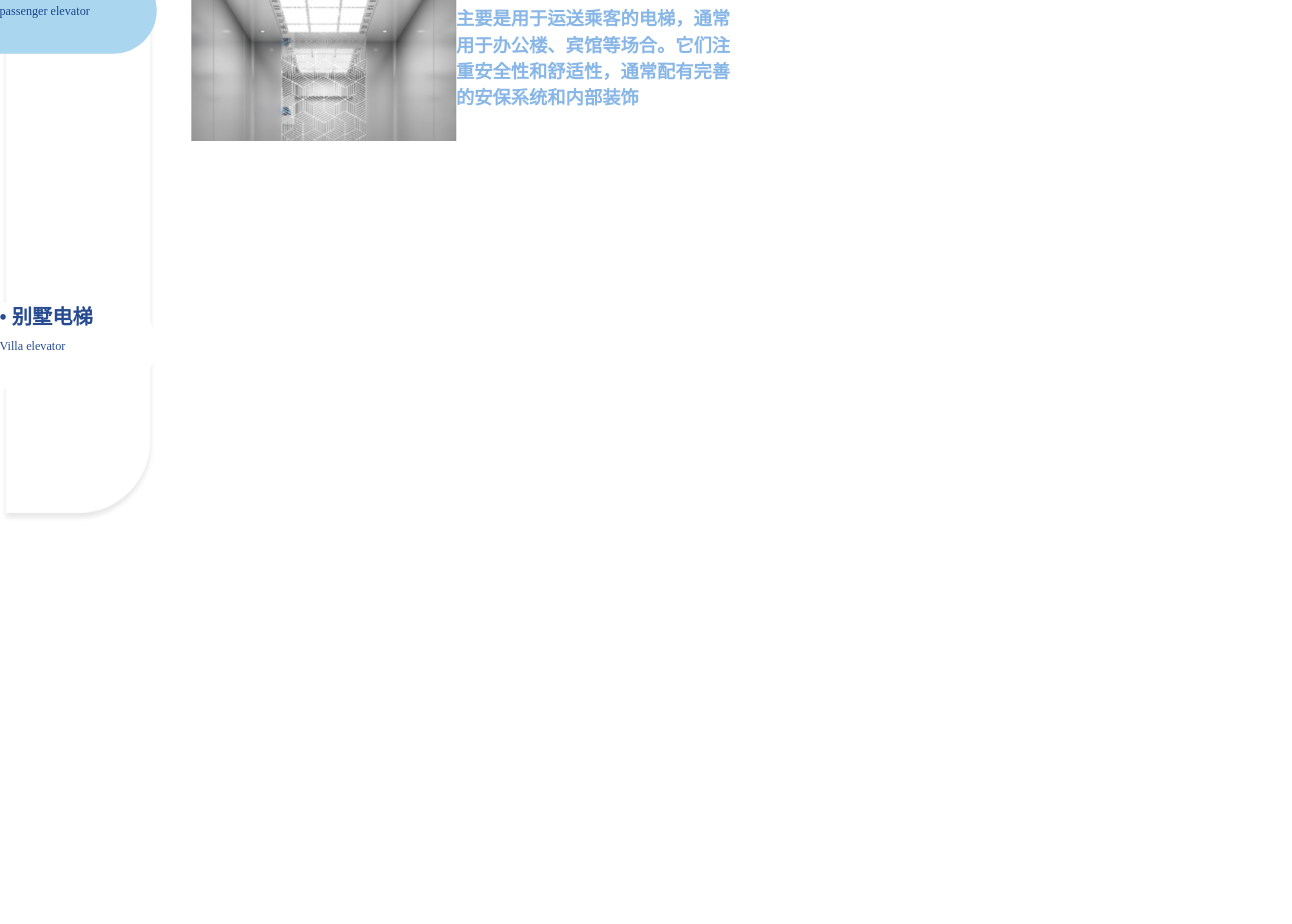
Repository: XIE-code/elevator-ipad
Page: /
These files come from the project's save history. The page is drawn as it stood at one moment and after a run of saves; the edit follows.
The browser window is 1280 px wide. The page is 1845 px wide, so the pictures cover 1845 px, including what lies to the right of the window. The pictures show the part of the page from y = 329 to 1649 px (the page is 1845 px tall), at 70% of full size.
The project was rebuilt for these pictures with package versions that can differ from the ones it lists, and the page was loaded fresh each time. Also part of the build but not shown: vue.config.js.

Above is the page before, as saved 2025-03-26 11:26:23.

After the next 3 saves:
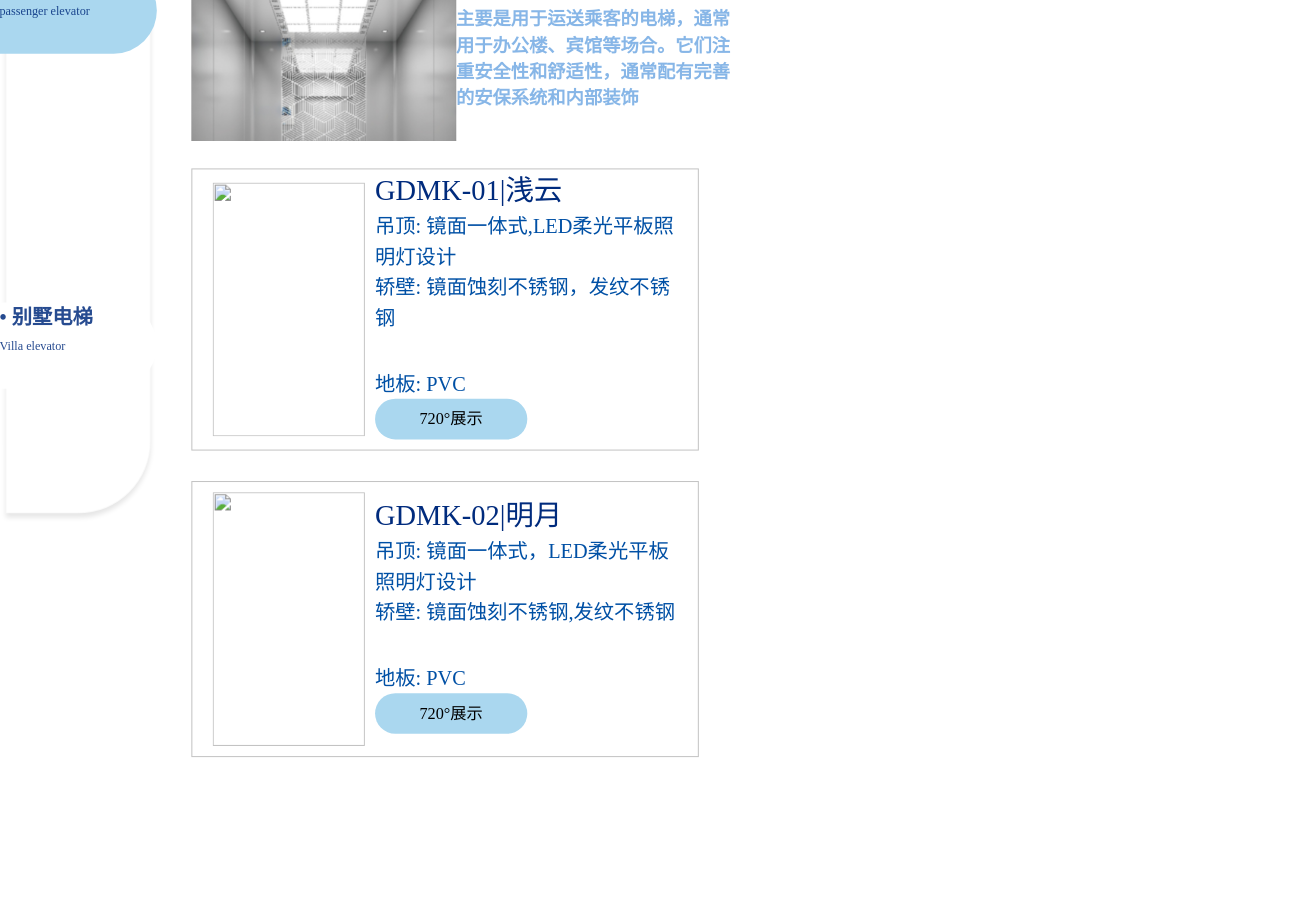
Not found: @/assets/images/elevator_images/image01.png
Not found: @/assets/images/elevator_images/image02.jpg
The 3 saves are shown as one change because 1 did not build or start and some came seconds apart.
The last was saved 33 s later.
--- a/src/views/product/ProductView.vue
+++ b/src/views/product/ProductView.vue
@@ -95,7 +95,45 @@
     </div>
 </template>
 
-<script setup></script>
+<script setup>
+import { ref } from "vue";
+import { useRouter } from "vue-router";
+
+const router = useRouter();
+
+// 定义电梯产品数据
+const elevatorProducts = ref([
+    {
+        name: "GDMK-01|浅云",
+        details: [
+            "吊顶: 镜面一体式,LED柔光平板照明灯设计",
+            "轿壁: 镜面蚀刻不锈钢，发纹不锈钢",
+        ],
+        floor: "地板: PVC",
+        image: "@/assets/images/elevator_images/image01.png",
+        link: "http://my.3vfang.com/p/share/content.php?m=a3I4MDM5LWl0ZW09NTE2OTI=",
+    },
+    {
+        name: "GDMK-02|明月",
+        details: [
+            "吊顶: 镜面一体式，LED柔光平板照明灯设计",
+            "轿壁: 镜面蚀刻不锈钢,发纹不锈钢",
+        ],
+        floor: "地板: PVC",
+        image: "@/assets/images/elevator_images/image02.jpg",
+        link: "http://my.3vfang.com/p/share/content.php?m=a3I4MDM5LWl0ZW09NTE2OTM=",
+    },
+    // 其他电梯产品数据...
+]);
+
+const gotoVilla = () => {
+    router.push("/product/Villa");
+};
+
+const gotPassenger = () => {
+    router.push("/");
+};
+</script>
 
 <style scoped>
 /* 基础样式 */

After the 4 saves that followed:
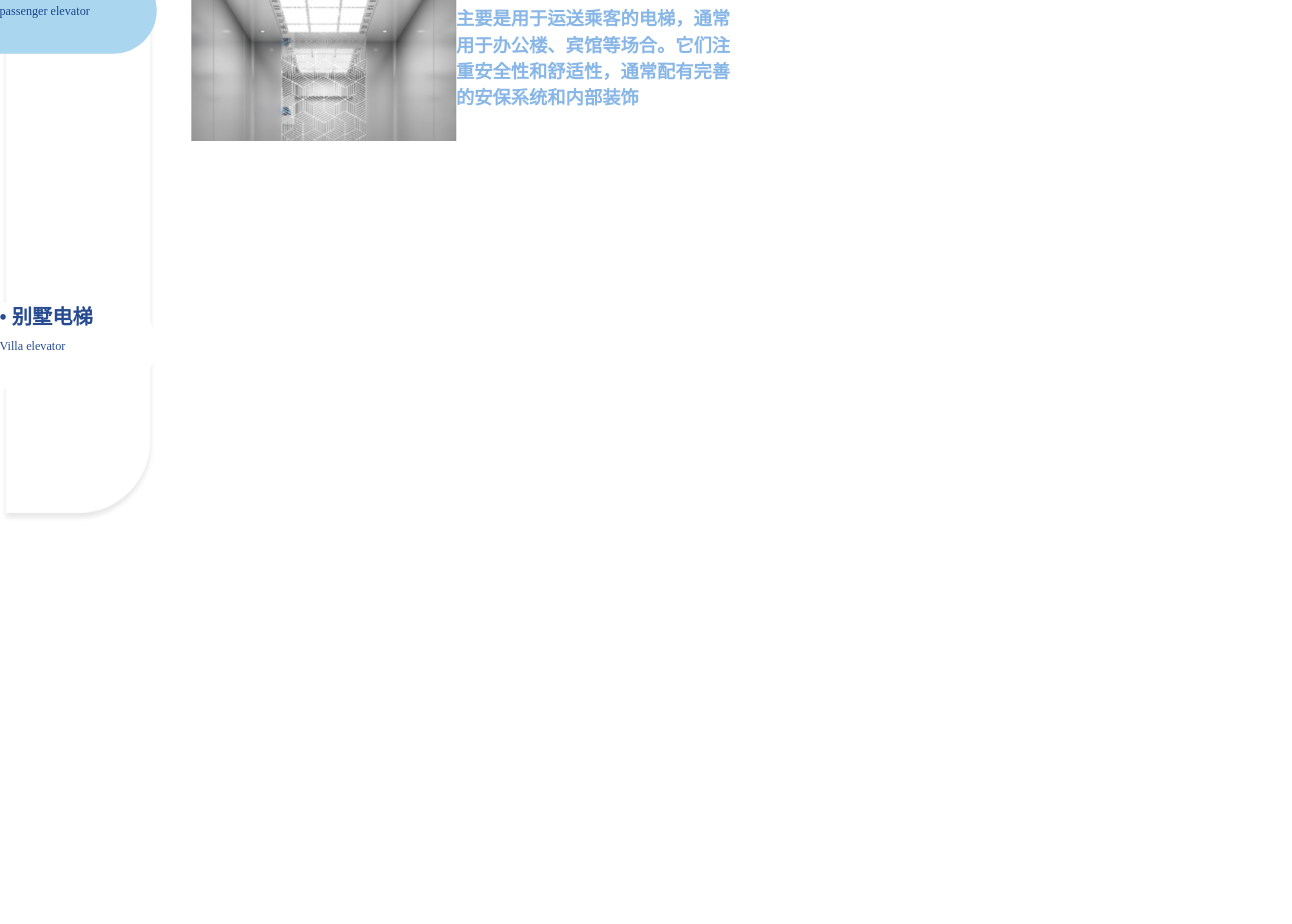
The 4 saves are shown as one change because 1 did not build or start and 2 left the picture as it was.
The last was saved 4 min 46 s later.
--- a/src/views/product/ProductView.vue
+++ b/src/views/product/ProductView.vue
@@ -67,22 +67,15 @@
                                 />
                             </div>
                             <div class="web-passenger-product-box-text">
-                                <span class="text4">{{ product.name }}</span
-                                ><br />
-                                <span
-                                    class="text5"
-                                    v-for="(
-                                        detail, detailIndex
-                                    ) in product.details"
-                                    :key="detailIndex"
-                                >
-                                    {{ detail }} </span
-                                ><br />
-                                <span class="text5">{{ product.floor }}</span>
+                                <span class="text4">{{ list.name }}</span>
+                                <span class="text5">
+                                    {{ list.description }}
+                                </span>
+                                <!-- <span class="text5">地 板:PVC(大理石可选)</span> -->
                                 <div
                                     class="web-passenger-product-box-text-bottom"
                                 >
-                                    <a :href="product.link" class="button-link"
+                                    <a :href="list.link" class="button-link"
                                         >720°展示</a
                                     >
                                 </div>
@@ -101,29 +94,21 @@
 
 const router = useRouter();
 
-// 定义电梯产品数据
-const elevatorProducts = ref([
+const elist = ref([
     {
-        name: "GDMK-01|浅云",
-        details: [
-            "吊顶: 镜面一体式,LED柔光平板照明灯设计",
-            "轿壁: 镜面蚀刻不锈钢，发纹不锈钢",
-        ],
-        floor: "地板: PVC",
-        image: "@/assets/images/elevator_images/image01.png",
-        link: "http://my.3vfang.com/p/share/content.php?m=a3I4MDM5LWl0ZW09NTE2OTI=",
+        imgUrl: "/images/elevator_images/image20.png",
+        name: "GDMK-21|朱樱",
+        description:
+            "吊顶: 玫瑰金镜面不锈钢，亚克力透光板，LED灯\n墙壁: 玫瑰金镜面不锈钢，亚克力透光板，LED灯\n地板: PVC (大理石可选)",
+        link: "http://my.3vfang.com/p/share/content.php?m=a3I4MDM5LWl0ZW09NTIwNTc=",
     },
     {
-        name: "GDMK-02|明月",
-        details: [
-            "吊顶: 镜面一体式，LED柔光平板照明灯设计",
-            "轿壁: 镜面蚀刻不锈钢,发纹不锈钢",
-        ],
-        floor: "地板: PVC",
-        image: "@/assets/images/elevator_images/image02.jpg",
-        link: "http://my.3vfang.com/p/share/content.php?m=a3I4MDM5LWl0ZW09NTE2OTM=",
+        imgUrl: "/images/elevator_images/image21.png",
+        name: "GDMK-20沉香",
+        description:
+            "吊顶:钢板喷砂纹白，古销镜围不锈钢，暗藏灯带，LED灯\n娇壁:古铜发纹蚀刻不锈钢，清镜，木纹贴膜PVC装饰框\n扶 手: 古铜发纹不锈钢，暗藏灯带 \n地 板:大理石+铜色",
+        link: "http://my.3vfang.com/p/share/content.php?m=a3I4MDM5LWl0ZW09NTE1ODk=",
     },
-    // 其他电梯产品数据...
 ]);
 
 const gotoVilla = () => {
